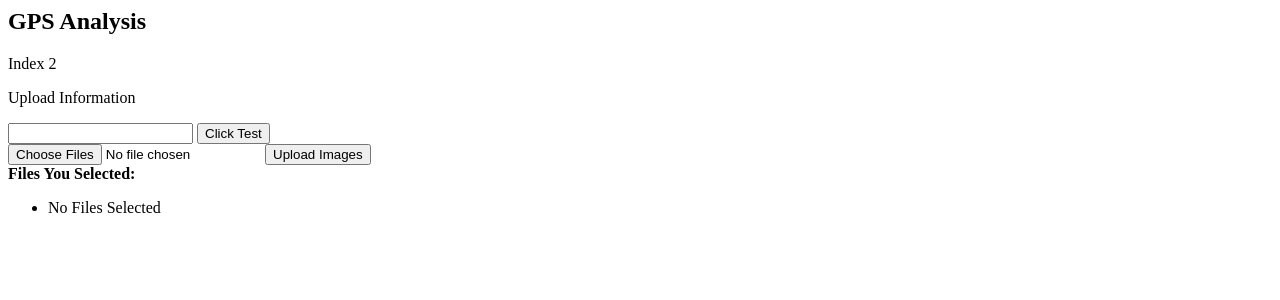
Repository: hanjangchen/Raspberry
Page: prjGAEGPSAnalysis/prjGPSAnalysis/src/static/my_ng_templates/desktop/index_data_analysis.html
The author's editor kept a copy of each file at every save. The page is drawn from the files as they stood at one save, then again after the next save.
The browser window is 1280 px wide. The pictures show the whole page.

Above is the page before, as saved 2014-11-02 22:31:37.
Console error: ReferenceError: $ is not defined

After the next save:
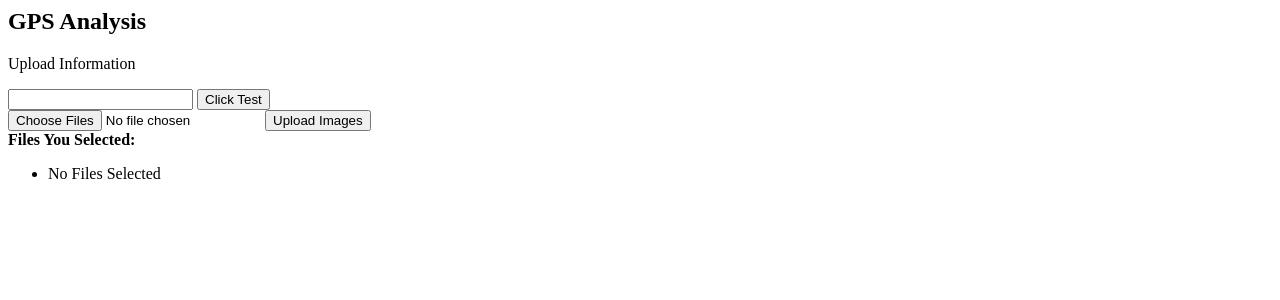
Saved 88 s later.
--- a/prjGAEGPSAnalysis/prjGPSAnalysis/src/static/my_ng_templates/desktop/index_data_analysis.html
+++ b/prjGAEGPSAnalysis/prjGPSAnalysis/src/static/my_ng_templates/desktop/index_data_analysis.html
@@ -1,9 +1,6 @@
 <!-- sub-template for index page -->
 <div>
 	<h2>GPS Analysis</h2>
-	<my-index-gps-data>
-	<p>Index 2</p>
-	</my-index-gps-data>
 </div>
 
 <!-- content block -->
